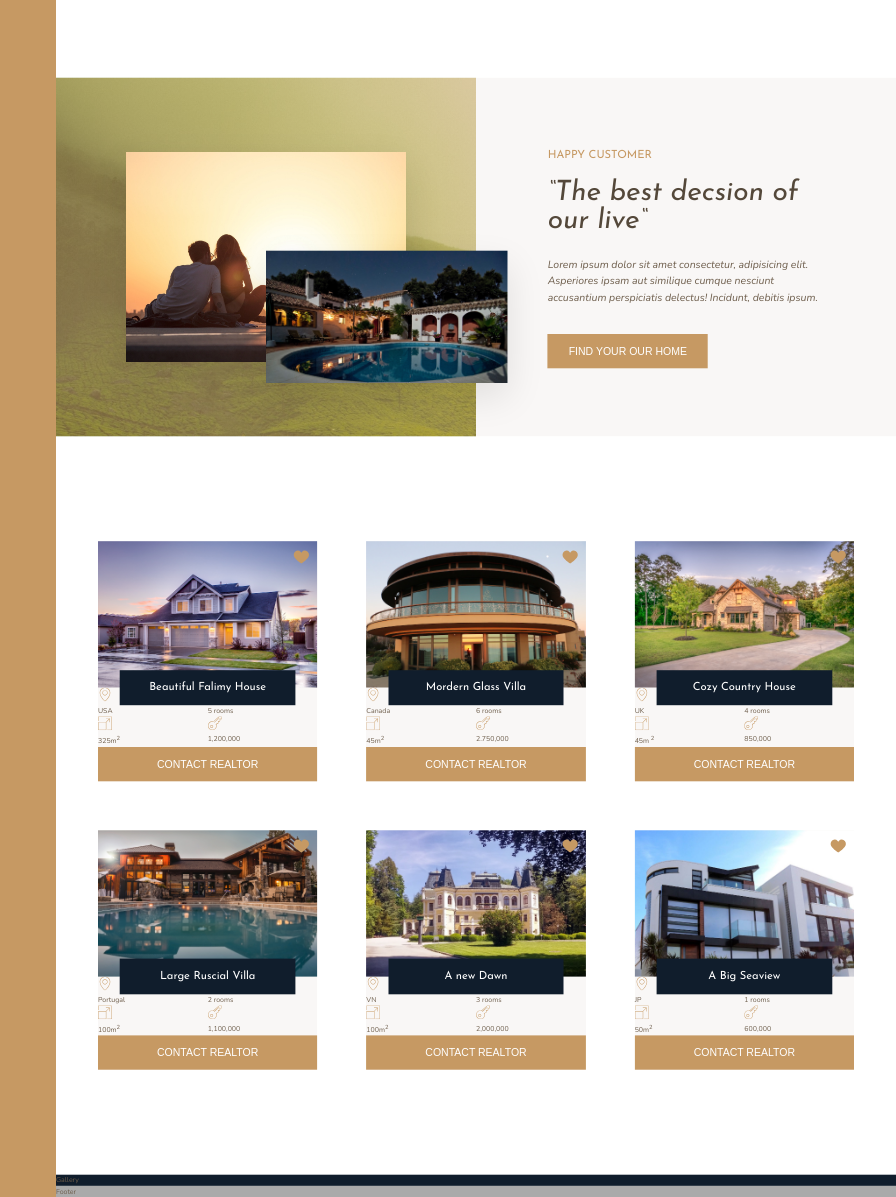
Repository: m2pd/your-home
Page: index.html
An editor plug-in stored every save of this project. The page is shown before and after the next save, followed by the edit.
The browser window is 1280 px wide. The pictures show the part of the page from y = 1133 to 3053 px (the page is 2843 px tall before and 3053 px after), at 70% of full size.
The style sheet was rebuilt from its Sass, Less or Tailwind sources for each picture, by a compiler version that may differ from the author's.

Above is the page before, as saved 2020-03-05 16:21:05.

### index.html
<!DOCTYPE html>
<html lang="en">
    <head>
        <meta charset="UTF-8">
        <meta name="viewport" content="width=device-width, initial-scale=1.0">
        <meta http-equiv="X-UA-Compatible" content="ie=edge">

        <link href="https://fonts.googleapis.com/css?family=Josefin+Sans:300,400,400i|Nunito:300,300i" rel="stylesheet">
        <link rel="stylesheet" href="css/style.css">
        <link rel="shortcut icon" type="image/png" href="img/favicon.png">

        <title>nexter &mdash; your home, your freedom</title>
    </head>
    <body class="container">

        <div class="sidebar">
            Sidebar
        </div>

        <header class="header">
            Header
        </header>

        <div class="realtors">
            3 Realtors
        </div>

        <div class="features">
            <div class="feature feature-1">
                <svg class="feature__icon">
                    <use xlink:href="img/sprite.svg#icon-global"></use>
                </svg>
                <h4 class="heading-4 heading-4--dark">World's best luxury homes</h4>
                <p class="feature__text">
                    Lorem, ipsum dolor sit amet consectetur adipisicing elit. Tenetur distinctio necessitatibus pariatur voluptatibus.
                </p>
            </div>

            <div class="feature feature-2">
                <svg class="feature__icon">
                    <use xlink:href="img/sprite.svg#icon-trophy"></use>
                </svg>
                <h4 class="heading-4 heading-4--dark">Only the best properties</h4>
                <p class="feature__text">
                    Voluptatum mollitia quae. Vero ipsum sapiente molestias accusamus rerum sed a eligendi aut quia.
                </p>
            </div>

            <div class="feature feature-3">
                <svg class="feature__icon">
                    <use xlink:href="img/sprite.svg#icon-map-pin"></use>
                </svg>
                <h4 class="heading-4 heading-4--dark">All home in top location</h4>
                <p class="feature__text">
                    Tenetur distinctio necessitatibus pariatur voluptatibus quidem consequatur harum.
                </p>
            </div>

            <div class="feature feature-4">
                <svg class="feature__icon">
                    <use xlink:href="img/sprite.svg#icon-key"></use>
                </svg>
                <h4 class="heading-4 heading-4--dark">New home in one week</h4>
                <p class="feature__text">
                    Vero ipsum sapiente molestias accusamus rerum. Lorem, ipsum dolor sit amet consectetur adipisicing elit.
                </p>
            </div>

            <div class="feature feature-5">
                <svg class="feature__icon">
                    <use xlink:href="img/sprite.svg#icon-presentation"></use>
                </svg>
                <h4 class="heading-4">Top 1% realtors</h4>
                <p class="feature__text">
                    Quidem consequatur harum, voluptatum mollitia quae. Tenetur distinctio necessitatibus pariatur voluptatibus.
                </p>
            </div>

            <div class="feature feature-6">
                <svg class="feature__icon">
                    <use xlink:href="img/sprite.svg#icon-lock"></use>
                </svg>
                <h4 class="heading-4">Secure in Payment on nexter</h4>
                <p class="feature__text">
                    Pariatur voluptatibus quidem consequatur harum, voluptatum mollitia quae.
                </p>
            </div>
        </div>

        <div class="story__pictures">
            <img src="img/story-1.jpeg" alt="Couple with new house" class="story__img--1">
            <img src="img/story-2.jpeg" alt="New house" class="story__img--2">
        </div>

        <div class="story__content">
            <h3 class="heading-3 mb-sm">Happy Customer</h3>
            <h2 class="heading-2 heading-2--dark mb-md">&ldquo;The best decsion of our live&ldquo;</h2>
            <div class="story__text">
                Lorem ipsum dolor sit amet consectetur, adipisicing elit. Asperiores ipsam aut similique cumque nesciunt accusantium perspiciatis delectus! Incidunt, debitis ipsum.
            </div>
            <button class="btn">Find your our home</button>
        </div>

        <section class="homes">
            <div class="home">
                <img src="img/house-1.jpeg" alt="House 1" class="home__img">
                <svg class="home__like">
                    <use xlink:href="img/sprite.svg#icon-heart-full"></use>
                </svg>
                <h5 class="home__name">Beautiful Falimy House</h5>
                <div class="home__location">
                    <svg>
                        <use xlink:href="img/sprite.svg#icon-map-pin"></use>
                    </svg>
                    <p>USA</p>
                </div>
                <div class="home__rooms">
                    <svg>
                        <use xlink:href="img/sprite.svg#icon-profile-male"></use>
                    </svg>
                    <p>5 rooms</p>
                </div>
                <div class="home__area">
                    <svg>
                        <use xlink:href="img/sprite.svg#icon-expand"></use>
                    </svg>
                    <p>325m<sup>2</sup></p>
                </div>
                <div class="home__price">
                    <svg>
                        <use xlink:href="img/sprite.svg#icon-key"></use>
                    </svg>
                    <p>1,200,000</p>
                </div>
                <button class="btn home__btn">Contact realtor</button>
            </div>

            <div class="home">
                <img src="img/house-2.jpeg" alt="House 2" class="home__img">
                <svg class="home__like">
                    <use xlink:href="img/sprite.svg#icon-heart-full"></use>
                </svg>
                <h5 class="home__name">Mordern Glass Villa</h5>
                <div class="home__location">
                    <svg>
                        <use xlink:href="img/sprite.svg#icon-map-pin"></use>
                    </svg>
                    <p>Canada</p>
                </div>
                <div class="home__rooms">
                    <svg>
                        <use xlink:href="img/sprite.svg#icon-profile-male"></use>
                    </svg>
                    <p>6 rooms</p>
                </div>
                <div class="home__area">
                    <svg>
                        <use xlink:href="img/sprite.svg#icon-expand"></use>
                    </svg>
                    <p>45m<sup>2</sup></p>
                </div>
                <div class="home__price">
                    <svg>
                        <use xlink:href="img/sprite.svg#icon-key"></use>
                    </svg>
                    <p>2.750,000</p>
                </div>
                <button class="btn home__btn">Contact realtor</button>
            </div>

            <div class="home">
                <img src="img/house-3.jpeg" alt="House 3" class="home__img">
                <svg class="home__like">
                    <use xlink:href="img/sprite.svg#icon-heart-full"></use>
                </svg>
                <h5 class="home__name">Cozy Country House</h5>
                <div class="home__location">
                    <svg>
                        <use xlink:href="img/sprite.svg#icon-map-pin"></use>
                    </svg>
                    <p>UK</p>
                </div>
                <div class="home__rooms">
                    <svg>
                        <use xlink:href="img/sprite.svg#icon-profile-male"></use>
                    </svg>
                    <p>4 rooms</p>
                </div>
                <div class="home__area">
                    <svg>
                        <use xlink:href="img/sprite.svg#icon-expand"></use>
                    </svg>
                    <p>45m <sup>2</sup></p>
                </div>
                <div class="home__price">
                    <svg>
                        <use xlink:href="img/sprite.svg#icon-key"></use>
                    </svg>
                    <p>850,000</p>
                </div>
                <button class="btn home__btn">Contact realtor</button>
            </div>

            <div class="home">
                <img src="img/house-4.jpeg" alt="House 4" class="home__img">
                <svg class="home__like">
                    <use xlink:href="img/sprite.svg#icon-heart-full"></use>
                </svg>
                <h5 class="home__name">Large Ruscial Villa</h5>
                <div class="home__location">
                    <svg>
                        <use xlink:href="img/sprite.svg#icon-map-pin"></use>
                    </svg>
                    <p>Portugal</p>
                </div>
                <div class="home__rooms">
                    <svg>
                        <use xlink:href="img/sprite.svg#icon-profile-male"></use>
                    </svg>
                    <p>2 rooms</p>
                </div>
                <div class="home__area">
                    <svg>
                        <use xlink:href="img/sprite.svg#icon-expand"></use>
                    </svg>
                    <p>100m<sup>2</sup></p>
                </div>
                <div class="home__price">
                    <svg>
                        <use xlink:href="img/sprite.svg#icon-key"></use>
                    </svg>
                    <p>1,100,000</p>
                </div>
                <button class="btn home__btn">Contact realtor</button>
            </div>

            <div class="home">
                <img src="img/house-5.jpeg" alt="House 5" class="home__img">
                <svg class="home__like">
                    <use xlink:href="img/sprite.svg#icon-heart-full"></use>
                </svg>
                <h5 class="home__name">A new Dawn</h5>
                <div class="home__location">
                    <svg>
                        <use xlink:href="img/sprite.svg#icon-map-pin"></use>
                    </svg>
                    <p>VN</p>
                </div>
                <div class="home__rooms">
                    <svg>
                        <use xlink:href="img/sprite.svg#icon-profile-male"></use>
                    </svg>
                    <p>3 rooms</p>
                </div>
                <div class="home__area">
                    <svg>
                        <use xlink:href="img/sprite.svg#icon-expand"></use>
                    </svg>
                    <p>100m<sup>2</sup></p>
                </div>
                <div class="home__price">
                    <svg>
                        <use xlink:href="img/sprite.svg#icon-key"></use>
                    </svg>
                    <p>2,000,000</p>
                </div>
                <button class="btn home__btn">Contact realtor</button>
            </div>

            <div class="home">
                <img src="img/house-6.jpeg" alt="House 6" class="home__img">
                <svg class="home__like">
                    <use xlink:href="img/sprite.svg#icon-heart-full"></use>
                </svg>
                <h5 class="home__name">A Big Seaview</h5>
                <div class="home__location">
                    <svg>
                        <use xlink:href="img/sprite.svg#icon-map-pin"></use>
                    </svg>
                    <p>JP</p>
                </div>
                <div class="home__rooms">
                    <svg>
                        <use xlink:href="img/sprite.svg#icon-profile-male"></use>
                    </svg>
                    <p>1 rooms</p>
                </div>
                <div class="home__area">
                    <svg>
                        <use xlink:href="img/sprite.svg#icon-expand"></use>
                    </svg>
                    <p>50m<sup>2</sup></p>
                </div>
                <div class="home__price">
                    <svg>
                        <use xlink:href="img/sprite.svg#icon-key"></use>
                    </svg>
                    <p>600,000</p>
                </div>
                <button class="btn home__btn">Contact realtor</button>
            </div>
        </section>

        <section class="gallery">
            Gallery
        </section>

        <footer class="footer">
            Footer
        </footer>

    </body>
</html>

### sass/_base.scss
// COLOR VARIABLES
$color-primary: #c69963;
$color-primary-dark: #B28451;

$color-secondary: #101d2c;

$color-grey-light-1: #f9f7f6;
$color-grey-light-2: #aaa;

$color-grey-dark-1: #54483A;
$color-grey-dark-2: #6D5D4B;

// FONT VARIABLES
$font-primary: 'Nunito', sans-serif;
$font-display: 'Josefin Sans', sans-serif;


*,
*::before,
*::after{
    margin:0;
    padding:0;
    box-sizing: inherit;
}

html{
    font-size:62.5%;
    box-sizing: border-box;
}

body{
    font-family: $font-primary;
    color: $color-grey-dark-2;
    font-weight: 300;
    line-height: 1.6;
}

.container{
    display: grid;
    grid-template-rows: 80vh min-content 40vw repeat(3, min-content);
    grid-template-columns:[sidebar-start] 8rem [sidebar-end full-start] minmax(6rem, 1fr) [center-start] repeat(8, [col-start] minmax(min-content, 14rem) [col-end]) [center-end] minmax(6rem, 1fr) [full-end];

}

### sass/_typography.scss
%heading {
  font-family: $font-display;
  font-weight: 400;
}

.heading-1 {
  @extend %heading;
}

.heading-2 {
  @extend %heading;
  font-size: 4rem;
  font-style: italic;
  line-height: 1;

  &--light{ color: $color-grey-light-1;}
  &--dark{ color: $color-grey-dark-1;}
}

.heading-3 {
  @extend %heading;

  font-size: 1.6rem;
  color: $color-primary;
  text-transform: uppercase;

}

.heading-4 {
  @extend %heading;
  font-size: 1.9rem;

  &--light{ color: $color-grey-light-1;}
  &--dark{ color: $color-grey-dark-1;}

}

.btn{
    background-color: $color-primary;
    color: #fff;
    font-size: 1.5rem;
    border: none;
    border-radius: none;
    padding: 1.6rem  3rem;
    text-transform: uppercase;
    cursor: pointer;
    transition: all .2s;

    &:hover{
      background-color: $color-primary-dark;
    }
}

.mb-sm{ margin-bottom: 2rem; }
.mb-md{ margin-bottom: 3rem; }
.mb-lg{ margin-bottom: 4rem; }
.mb-hg{ margin-bottom: 8rem; }

### sass/_features.scss
.features{
    grid-column: center-start /  center-end;

    margin: 15rem 0;
    display: grid;
    // grid-template-columns: repeat(3, 1fr);
    grid-template-columns: repeat(auto-fit, minmax(25rem, 1fr));
    grid-gap: 6rem;
}

.feature{
    display: grid;
    grid-template-columns: min-content 1fr;
    grid-column-gap: 2.5rem;
    grid-row-gap: 1.5rem;

    align-items: start;

    &__icon{
        fill: $color-primary;
        width:4.5rem;
        height:4.5rem;

        grid-row: 1 / span 2;
    }

    &__text{
        font-size: 1.7rem;
    }
}

### sass/_story.scss
.story{
    &__pictures{
        background-color: $color-primary;
        grid-column: full-start / col-end 4;
        background-image:linear-gradient(rgba($color-primary,.5), rgba($color-primary, .5)),
                         url(../img/back.jpg);

        display: grid;
        grid-template-columns: repeat(6, 1fr);
        grid-template-rows: repeat(6, 1fr);
        align-items:center ;
    }

    &__img--1{
        width: 100%;
        grid-column: 2 / 6;
        grid-row: 2 / 6;
        box-shadow: 0 2rem 5rem rgba(#000, .1);
    }

    &__img--2{
        width: 115%;
        grid-column: 4 / 7;
        grid-row: 4 / 6;
        z-index: 20;
        box-shadow: 0 2rem 5rem rgba(#000, .1);

    }

    &__content{
        background-color: $color-grey-light-1;
        grid-column: col-start 5 / full-end;

        padding: 6rem 8vw;

        // display: flex;
        // flex-direction: column;
        // justify-content: center;
        // align-items: flex-start;

        display: grid;
        align-content: center;
        justify-items: start;
    }

    &__text{
        font-size: 1.5rem;
        font-style: italic;
        margin-bottom: 4rem;


    }
}

### sass/_homes.scss
.homes{
    grid-column: center-start / center-end;
    margin: 15rem 0;

    display: grid;
    grid-template-columns: repeat(auto-fit, minmax(25rem, 1fr));
    grid-gap: 7rem;
}

.home{
    background-color:  $color-grey-light-1;

    display: grid;
    grid-template-columns: repeat(2, 1fr);

    &__img{
        width: 100%;
        grid-row: 1/ 2;
        grid-column: 1/ -1;
        z-index: 1;
    }

    &__like{
        grid-row: 1/ 2;
        grid-column: 2/ 3;
        fill: $color-primary;
        width: 2.5rem;
        height: 2.5rem;
        z-index: 2;
        justify-self: end;
        margin: 1rem;

    }

    &__name{
        grid-column: 1/ -1;
        grid-row: 1 / 2;

        width: 80%;
        align-self: end;
        justify-self: center;
        font-family: $font-display;
        font-size: 1.6rem;
        font-weight: 400;
        text-align: center;
        background-color: $color-secondary;
        color:#fff;
        padding: 1.25rem;
        z-index: 2;
        transform: translateY(50%);
    }

    &__location,
    &__rooms,
    &__area,
    &__price{
        svg{
            fill: $color-primary;
            width: 2rem;
            height: 2rem;
        }
    }

    &__btn{
        grid-column: 1/ -1;
    }
}

### sass/_gallery.scss
.gallery{
    background-color: $color-secondary;
    grid-column: full-start / full-end;
}

### sass/_footer.scss
.footer{
    background-color: $color-grey-light-2;
    grid-column: full-start / full-end;
}

Loaded but not shown: sass/main.scss (common file); sass/_sidebar.scss (common file); sass/_header.scss (common file); sass/_realtors.scss (common file)

After the next save:
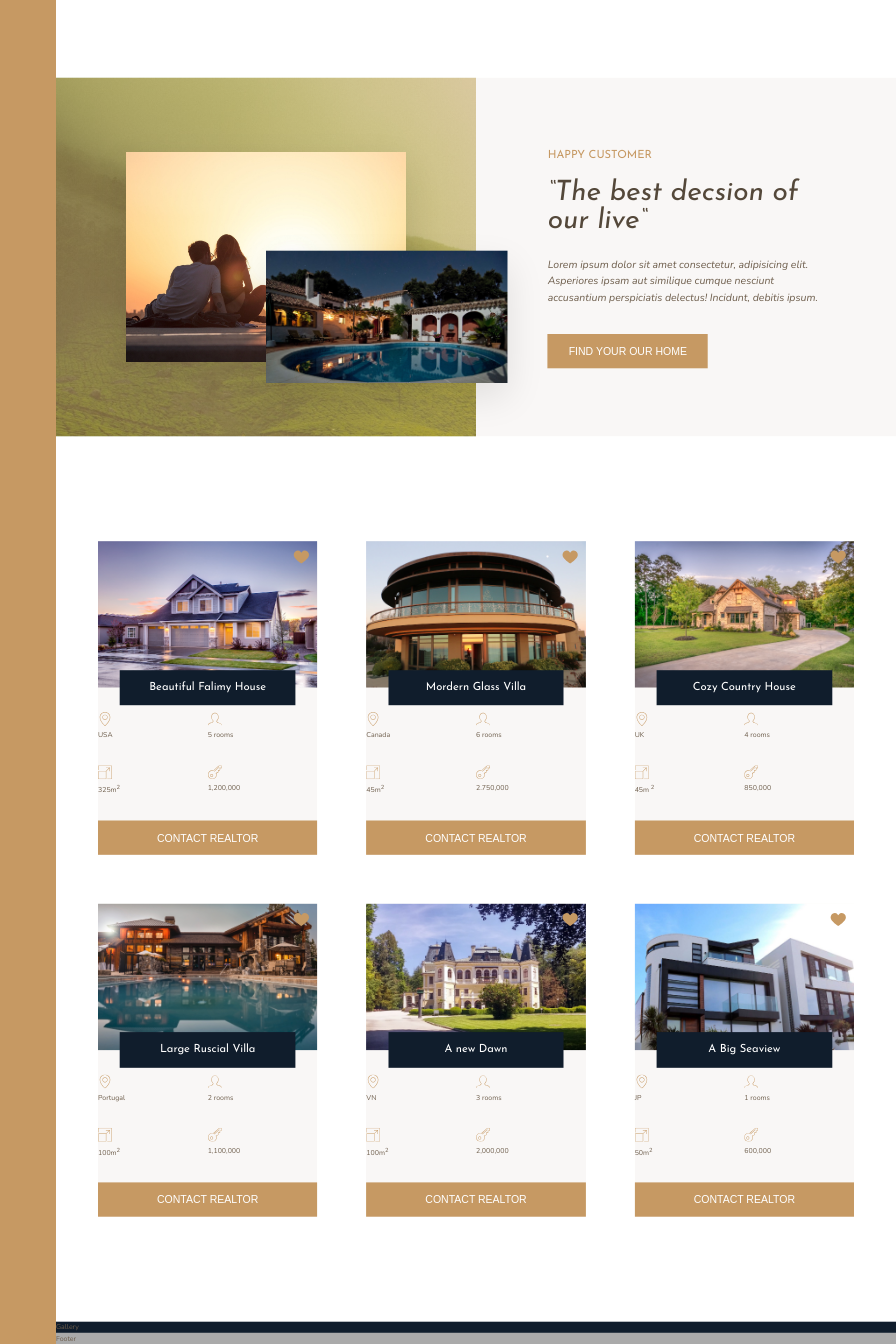
Saved 2 min 15 s later.
--- a/sass/_homes.scss
+++ b/sass/_homes.scss
@@ -12,6 +12,7 @@
 
     display: grid;
     grid-template-columns: repeat(2, 1fr);
+    grid-row-gap: 3.5rem;
 
     &__img{
         width: 100%;
